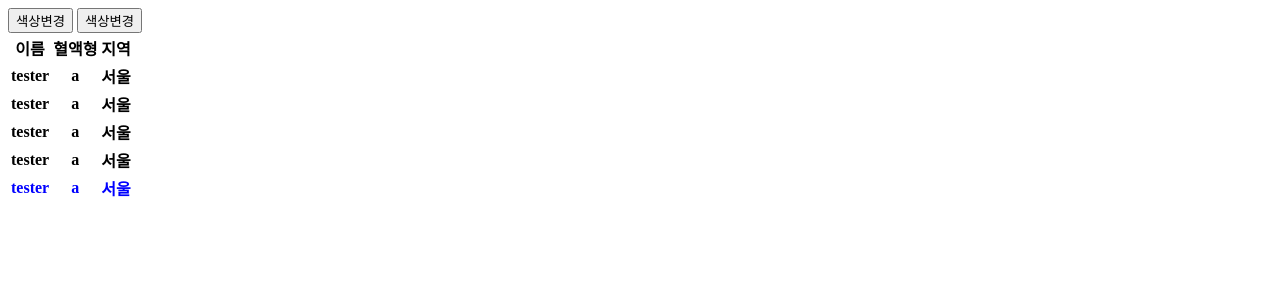
Repository: popconnect/jQuery
Page: http://localhost/jqueryEx01/jquery11.jsp
An editor plug-in stored every save of this project. The page is shown before and after the next save, followed by the edit.
The browser window is 1280 px wide. The pictures show the whole page.
The page is served by Tomcat 9.

Above is the page before, as saved 2023-05-15 07:14:08.
Console error: TypeError: Cannot set properties of null (setting 'onclick')

After the next save:
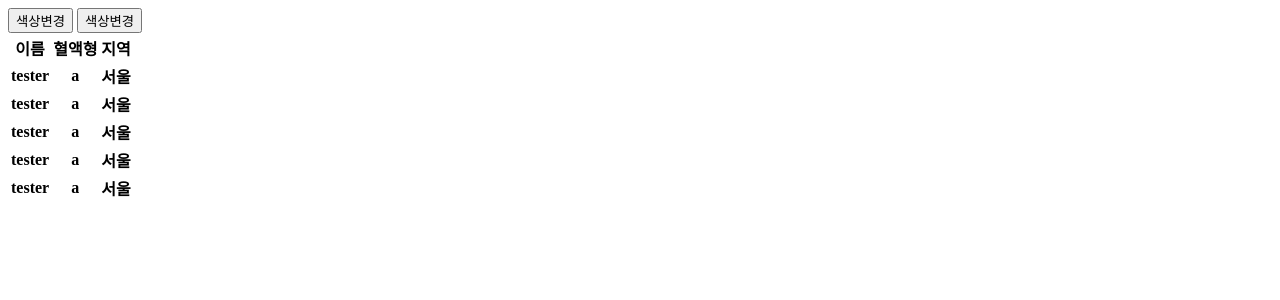
Saved 116 s later.
--- a/jqueryEx01/src/main/webapp/jquery11.jsp
+++ b/jqueryEx01/src/main/webapp/jquery11.jsp
@@ -10,10 +10,9 @@
 <script type="text/javascript">
 //window.jquery => jquery => $
 	$(document).ready(function() {
-		//$('tr').eq(0).css('width', '800');
-		//$('tr').first().css('color', 'blue');
-		//$('tr').last().css('color', 'blue');
-		$('tr').eq(-1).css('color', 'blue');
+		//parent() / children()
+		//prev() / next()
+		//sibling()
 	});
 
 	document.getElementById('btn1').onclick = function() {
